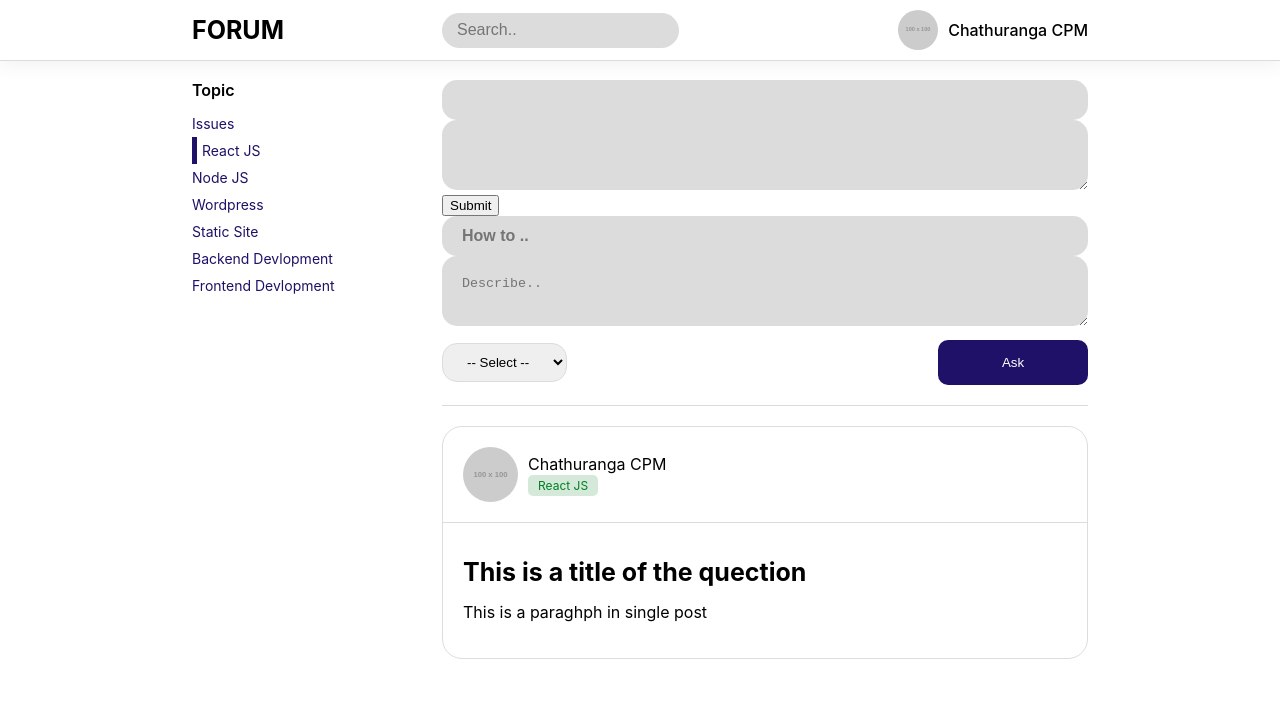
Repository: ChathurangaCPM/developer-forum
Page: / (app in client/)
An editor plug-in stored every save of this project. The page is shown before and after the next save, followed by the edit.
The browser window is 1280 px wide. The pictures show the whole page.
The project was rebuilt for these pictures with package versions that can differ from the ones it lists, and the page was loaded fresh each time.

Above is the page before, as saved 2022-05-09 23:06:17.

After the next save:
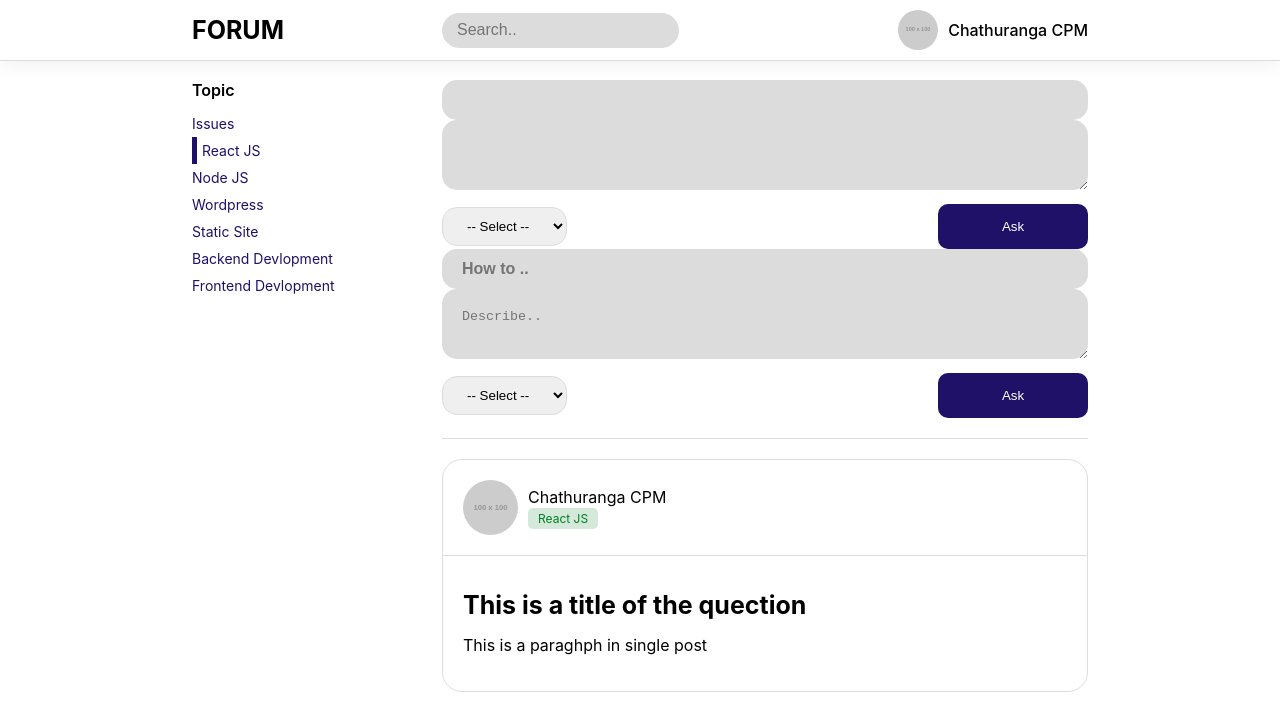
Saved 61 s later.
--- a/client/src/components/AddQuestion/AddQuestion.js
+++ b/client/src/components/AddQuestion/AddQuestion.js
@@ -41,10 +41,14 @@ function AddQuestion() {
                         <Field as="textarea" name="descriptions" />
                         <ErrorMessage name="descriptions" component="div" />
 
-
-                        <button type="submit" disabled={isSubmitting}>
-                            Submit
-                        </button>
+                        <div className="selrct_cat">
+                            <select>
+                                <option>-- Select --</option>
+                                <option value="reactjs">React Js</option>
+                                <option value="reactjs">Node Js</option>
+                            </select>
+                            <button type="submit" disabled={isSubmitting}>Ask</button>
+                        </div>
                     </Form>
                 )}
             </Formik>
